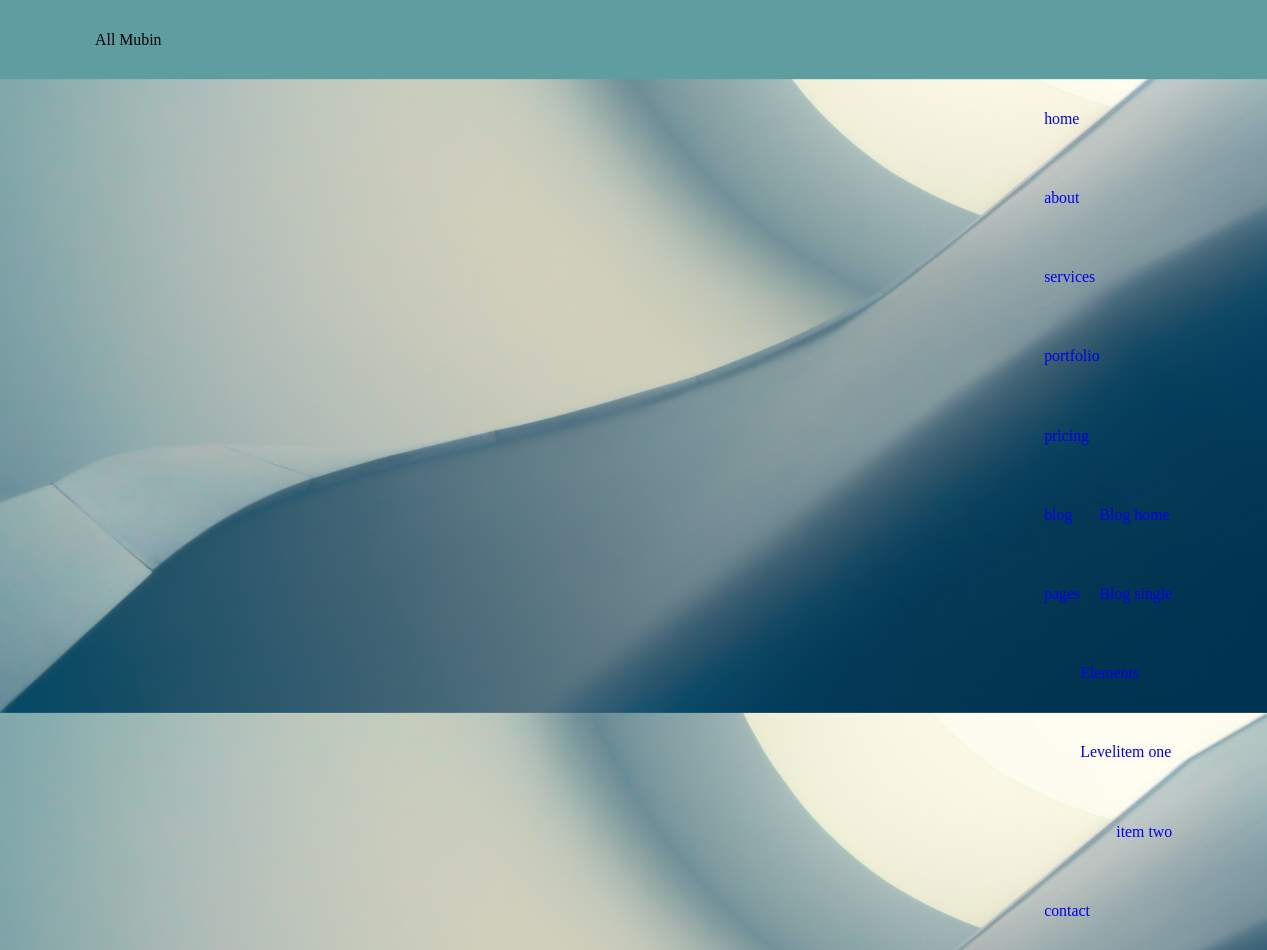
Repository: mdaj6804gmail/1-page-web-theme
Page: project 4/index.html
These files come from the project's save history. The page is drawn as it stood at one moment and after a run of saves; the edit follows.
The browser window is 1280 px wide. The pictures show the whole page, at 99% of full size.
Backgrounds fixed to the window are drawn as part of the page.

Above is the page before, as saved 2022-12-18 18:48:56.

After the next 2 saves:
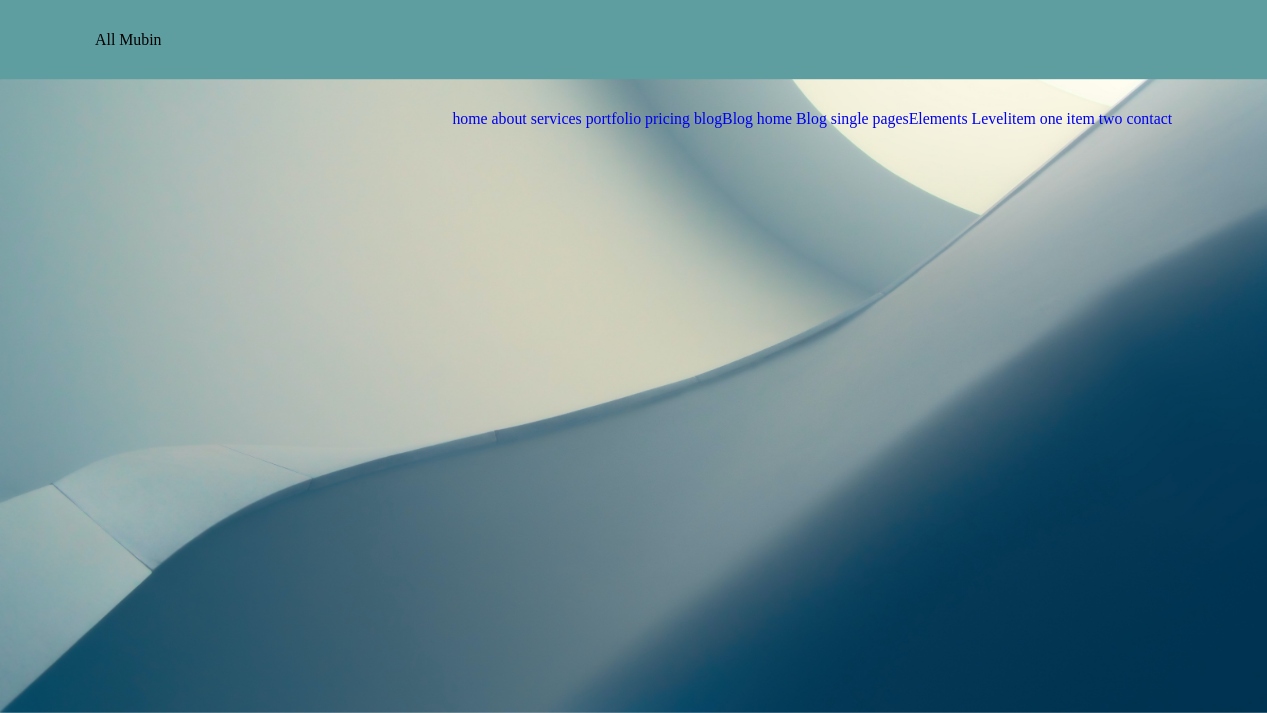
The 2 saves are shown as one change because they came seconds apart.
The last was saved 10 s later.
--- a/project 4/style.css
+++ b/project 4/style.css
@@ -36,5 +36,5 @@
 }
 
 header nav ul li{
-    dis
+    display: inline-block;
 }
